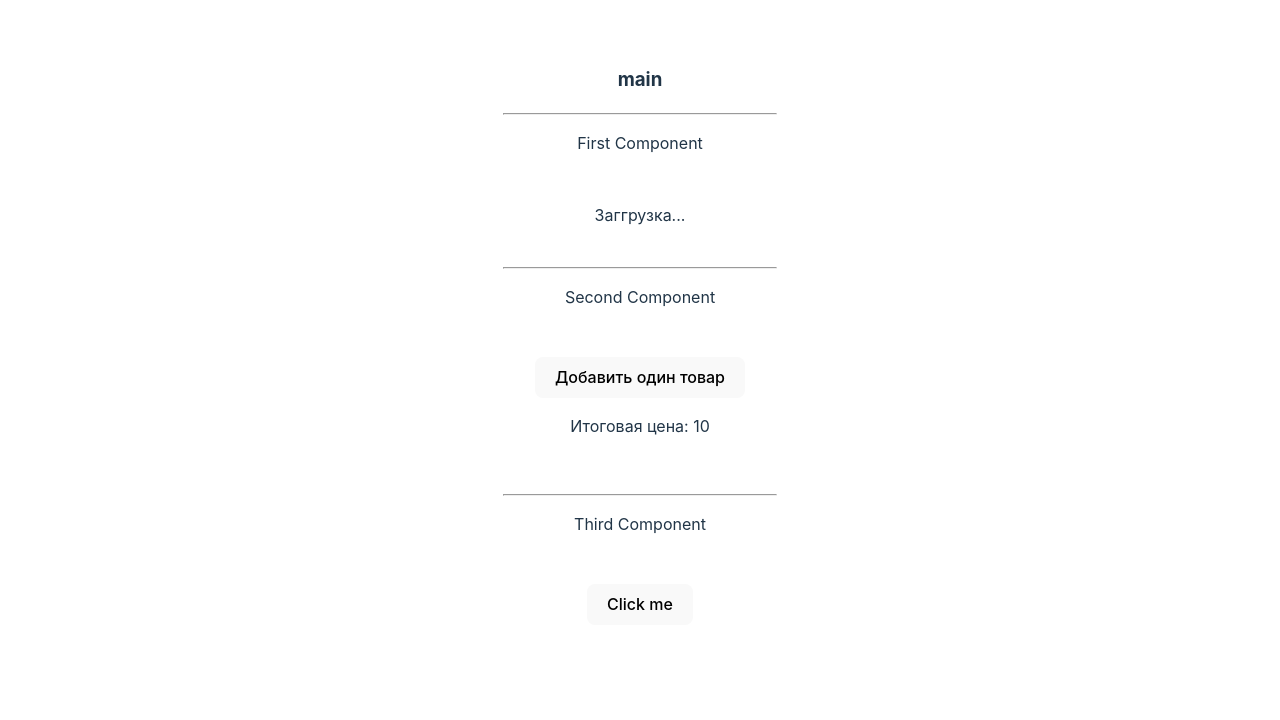
Repository: iveivs/ninim
Page: / (app in top-mistakes/)
These files come from the project's save history. The page is drawn as it stood at one moment and after a run of saves; the edit follows.
The browser window is 1280 px wide. The pictures show the whole page.
The page's requests for data from a server got no answer. The project was rebuilt for these pictures with package versions that can differ from the ones it lists, and the page was loaded fresh each time. No one was signed in, and anything a server would have sent is missing. Also part of the build but not shown: top-mistakes/vite.config.js.

Above is the page before, as saved 2024-02-03 21:00:31.

After the next 3 saves:
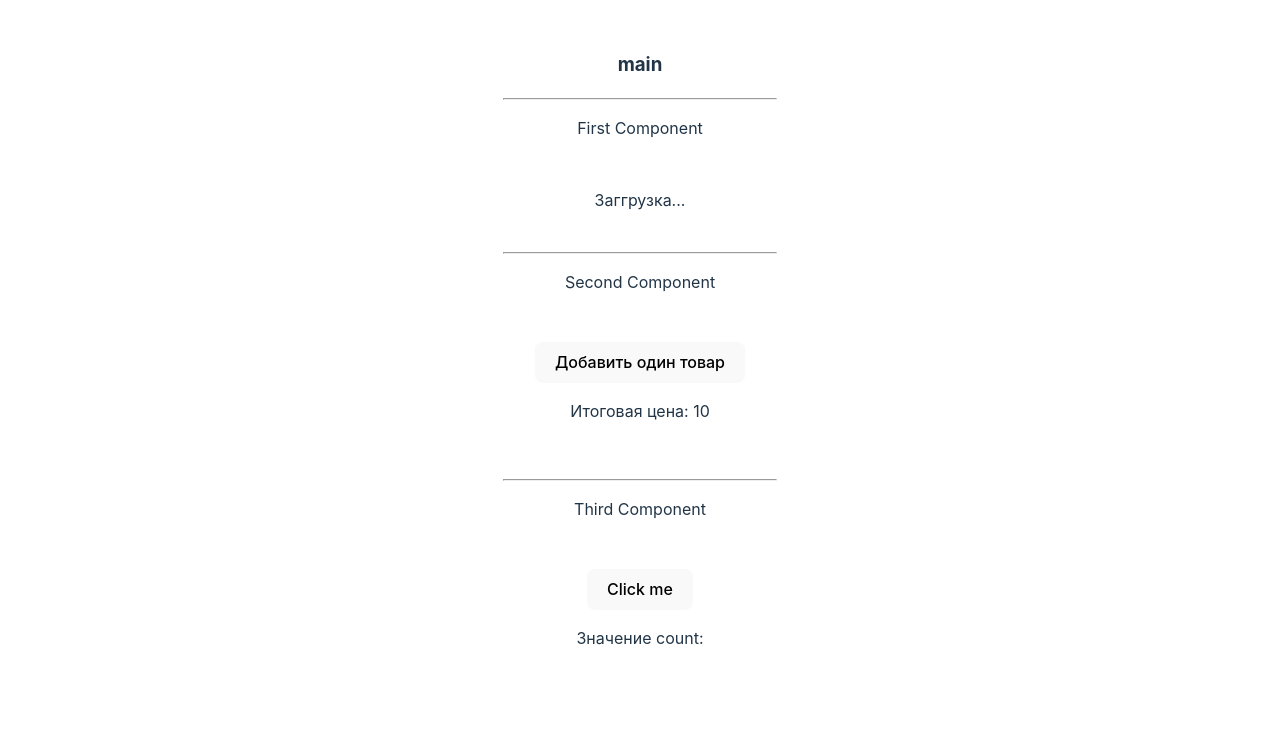
The 3 saves are shown as one change because they came seconds apart.
The last was saved 15 s later.
--- a/top-mistakes/src/components/Third.jsx
+++ b/top-mistakes/src/components/Third.jsx
@@ -13,7 +13,7 @@ export default function Third() {
             <p>Third Component</p>
             <div className="card">
                 <button onClick={handleClick}>Click me</button>
-                <p></p>
+                <p>Значение count: {}</p>
             </div>
         </>
     )
